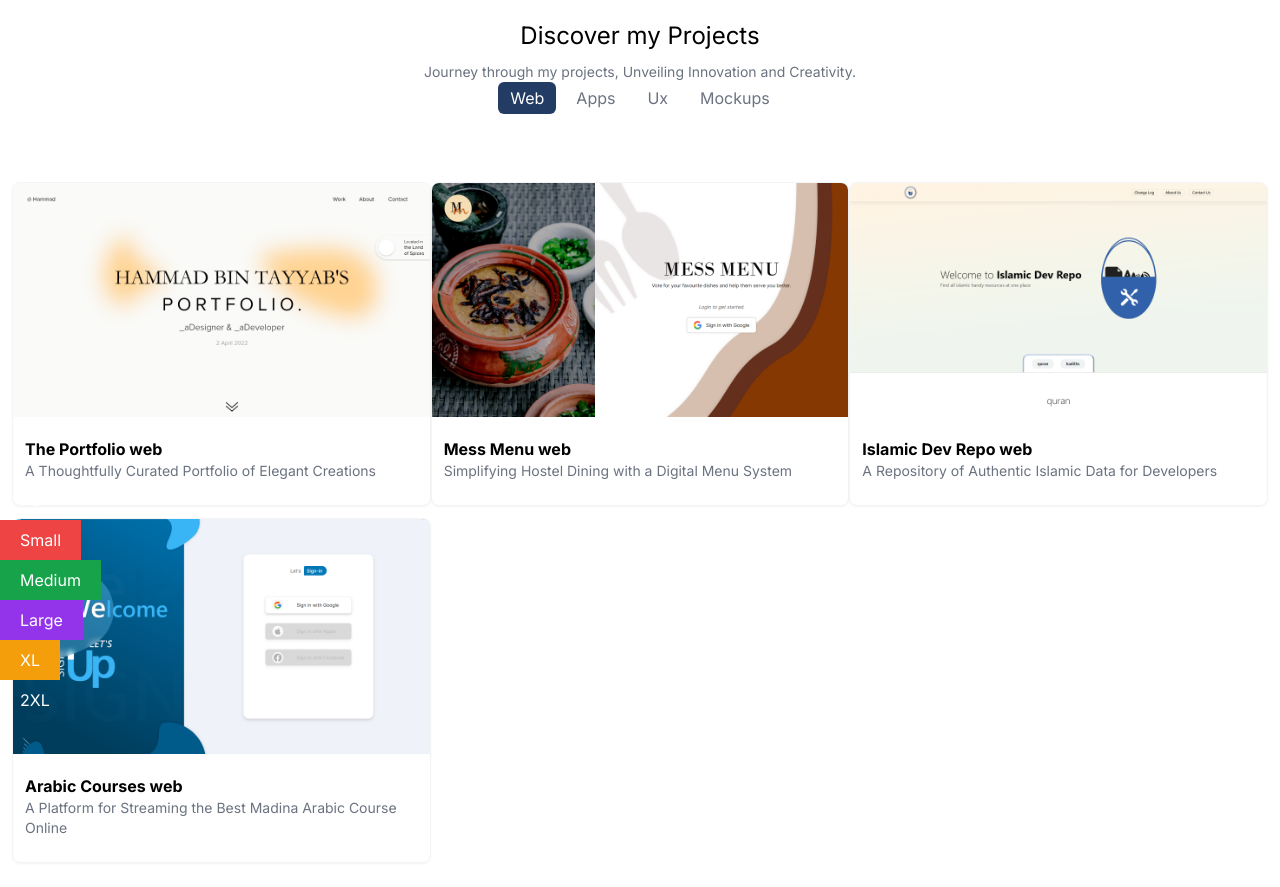
Repository: SpicierEwe/my_portfolio_v2
Page: /
The author's editor kept a copy of each file at every save. The page is drawn from the files as they stood at one save, then again after the next save.
The browser window is 1280 px wide. The pictures show the whole page.
The project was rebuilt for these pictures with package versions that can differ from the ones it lists, and the page was loaded fresh each time. The framework's server and built-in components were replaced by stand-ins that run in the browser. Also part of the build but not shown: next.config.js, core/utils/customIcons.js, core/utils/utils.tsx, core/db/sub_db_data/ux_db.js.

Above is the page before, as saved 2024-04-22 11:49:36.

### app/page.tsx
import DevicePreview from "@/Components/Device_preview/device_preview";
import HeroSection from "@/Components/Hero_section/hero_section";
import WorkSection from "@/Components/Work_section/work_section";
import Image from "next/image";

export default function Home() {
  return (
    <main>
      <div className="absolute z-30 overflow-hidden bottom-0 ">
        <DevicePreview />
      </div>
      {/* <div className="overflow-hidden">
        <HeroSection />
      </div> */}

      <WorkSection />
    </main>
  );
}

### app/globals.css
@layer base {

  @font-face {
    font-family: 'Garamond';
    src: url('../public/fonts/EBGaramond-VariableFont_wght.ttf');

  }

  @font-face {
    font-family: 'Proxima Nova';
    src: url('../public/fonts/MarkSimonsonProximaNovaRegular.otf');
    font-weight: normal;
    font-style: normal;
  }


  @font-face {
    font-family: "Rage";
    src: url("../public/fonts/rage.ttf");
  }
}

@tailwind base;
@tailwind components;
@tailwind utilities;

:root {
  --foreground-rgb: 0, 0, 0;
  --background-start-rgb: 214, 219, 220;
  --background-end-rgb: 255, 255, 255;

}

@media (prefers-color-scheme: dark) {
  :root {
    --foreground-rgb: 255, 255, 255;
    --background-start-rgb: 0, 0, 0;
    --background-end-rgb: 0, 0, 0;
  }
}

body {

  /* background: #F5F5F5; */
}

### Components/Device_preview/device_preview.tsx
"use client";

import { use, useEffect, useState } from "react";

export default function DevicePreview() {
  return (
    <main className="flex flex-col justify-end ">
      {/* xs */}
      <div className=" text-right ">
        <p className="xs:bg-brand-color w-min text-white px-5 py-2">XS</p>
      </div>
      {/* sm */}
      <div className=" text-right ">
        <p className="sm:bg-red-500 w-min text-white px-5 py-2">Small</p>
      </div>
      {/* md */}
      <div className=" text-right ">
        <p className="md:bg-green-600 w-min px-5 py-2 text-white">Medium</p>
      </div>
      {/* lg */}
      <div className=" text-right ">
        <p className="lg:bg-purple-600 w-min px-5 py-2 text-white">Large</p>
      </div>
      {/* xl */}
      <div className=" text-right ">
        <p className="xl:bg-amber-500 w-min px-5 py-2 text-white">XL</p>
      </div>
      {/* 2xl */}
      <div className=" text-right ">
        <p className="2xl:bg-cyan-600 w-min px-5 py-2 text-white">2XL</p>
      </div>
    </main>
  );
}

### Components/Work_section/work_section.tsx
"use client";

import { db } from "../../core/db/db";
import Image from "next/image";
import Link from "next/link";
import { useState } from "react";

export default function WorkSection() {
  const navItems: string[] = Object.keys(db.portfolioItems);
  const [selectedNavItemIndex, setSelectedNavItemIndex] = useState<number>(0);
  return (
    <section className="">
      {/* header */}
      <header className="flex flex-col items-center pt-5">
        <h2 className="text-center text-2xl">Discover my Projects</h2>
        <p className="text-center text-sm mt-2.5 text-gray-500">
          Journey through my projects, Unveiling Innovation and Creativity.
        </p>
      </header>
      {/* nav */}
      <nav>
        <ul className="flex justify-center mt-6 gap-2 flex-wrap">
          {navItems.map((item, index) => {
            const isSelected: Boolean = selectedNavItemIndex == index;
            return (
              <li
                className={`${
                  isSelected ? "bg-brand-color" : ""
                } px-3 py-1 rounded-md cursor-pointer`}
                onClick={() => setSelectedNavItemIndex(index)}
                key={index}
              >
                <Link
                  href="#"
                  className={`${
                    isSelected ? "text-white" : "text-gray-500"
                  } capitalize`}
                >
                  {item}
                </Link>
              </li>
            );
          })}
        </ul>
      </nav>

      <main>
        {/* projects */}
        <div className="grid grid-cols-1 sm:grid-cols-2 md:grid-cols-3 gap-4 mt-14 px-3 py-3 sm:px-14 md:px-24">
          {(db.portfolioItems as any)[navItems[selectedNavItemIndex]].map(
            (item: any, index: number) => {
              const selectedNavItemName: string =
                navItems[selectedNavItemIndex];
              const projectName: string = item["projectName"];
              const imageLink: string = item["imageLink"];
              const tagLine = item["projectTagLine"];
              return (
                <div
                  key={index}
                  className="cursor-pointer shadow-sm rounded-lg overflow-hidden mb-3 border border-gray-100 hover:bg-gray-100 hover:border-gray-300
                  transition transform duration-300 ease-in-out"
                >
                  <Image
                    className="" // Group-based scaling
                    src={imageLink}
                    alt={projectName}
                    height={200}
                    width={200}
                    layout="responsive"
                  />
                  <div className="ml-3 mb-6 mt-5">
                    <p className="font-bold">
                      {projectName} {selectedNavItemName}
                    </p>
                    <p className="text-gray-500 text-sm">{tagLine}</p>
                  </div>
                </div>
              );
            }
          )}
        </div>
      </main>
    </section>
  );
}

### core/db/db.js
import { websitesDb } from "./sub_db_data/websites_db";
import { appsDb } from "./sub_db_data/apps_db";
import { uxDb } from "./sub_db_data/ux_db";
import { mockupsDb } from "./sub_db_data/mockups_db";

export const db = {
  portfolioItems: {
    web: websitesDb,
    apps: appsDb,
    ux: uxDb,
    mockups: mockupsDb,
  },
};

### core/db/sub_db_data/websites_db.js
import { embedCustomLinks } from "../../utils/utils";

export const websitesDb = [
  {
    projectName: "The Portfolio",
    projectId: "e2f9658b-f9bb-4d2c-ac8c-113a56d9204f",
    projectTagLine: "A Thoughtfully Curated Portfolio of Elegant Creations",
    link: "https://hammadtayyab.vercel.app/",
    imageLink: "/images/websites/my_portfolio.png",
    info: "This portfolio project showcases a minimalist design, highlighting my work and skills with clarity and finesse. The aim was to provide a seamless user experience and intuitive navigation, creating a comprehensive and sophisticated display of my professional journey.",
    roles: [
      "Data Analyst",
      "Designer",
      "Developer",
      "Maintainer",
      "Product Manager",
      "Tester/Quality Assurance",
      "Researcher",
      "DevOps Engineer",
      "Technical Writer",
      "Project Manager",
    ],
    techStack: [
      "NextJs",
      "React",
      "TypeScript",
      "TailwindCSS",
      "HTML",
      "CSS",
      "JavaScript",
      "Git",
      "Vercel",
    ],
  },
  {
    projectId: "566ec8d6-4d5d-4f22-9580-2c574f7122fb",
    projectName: "Mess Menu",
    projectTagLine: "Simplifying Hostel Dining with a Digital Menu System",
    link: "https://messmenu.vercel.app/",
    imageLink: "/images/websites/mess_menu.png",
    info: "This project streamlines the process of hostel dining by offering a digital menu system for students. Monthly menus are curated through community voting, allowing students to have a say in their dining options. Originating from a friend's final year project, the focus was on user-centric design and functionality, ensuring a seamless experience for all users.",
    roles: [
      "Data Analyst",
      "Designer",
      "Developer",
      "Maintainer",
      "Product Manager",
      "Tester/Quality Assurance",
      "Researcher",
      "DevOps Engineer",
      "Technical Writer",
      "Project Manager",
    ],
    techStack: [
      "NextJs",
      "React",
      "HTML",
      "CSS",
      "JavaScript",
      "Git",
      "Vercel",
      "Firebase",
      "Firebase Auth",
    ],
  },
  {
    projectId: "e3a52953-0a4d-43c3-b874-bd55925f6a7e",
    projectName: "Islamic Dev Repo",
    projectTagLine: "A Repository of Authentic Islamic Data for Developers",
    link: "https://islamic-dev-repo.vercel.app/",
    imageLink: "/images/websites/islamic_dev_repo.png",
    info: "This project offers developers a curated repository of reliable Islamic data that can be seamlessly integrated into various applications. With a focus on authenticity and compatibility across multiple devices, this repository provides a trustworthy source of information for developers working on Islamic-related projects.",
    roles: [
      "Data Analyst",
      "Designer",
      "Developer",
      "Maintainer",
      "Product Manager",
      "Tester/Quality Assurance",
      "Researcher",
      "DevOps Engineer",
      "Technical Writer",
      "Project Manager",
    ],
    techStack: [
      "NextJs",
      "React",
      "HTML",
      "CSS",
      "JavaScript",
      "Git",
      "Vercel",
      "Python",
    ],
  },
  {
    projectId: "87693335-b9d6-434c-8428-5d8266482050",
    projectName: "Arabic Courses",
    projectTagLine:
      "A Platform for Streaming the Best Madina Arabic Course Online",
    link: "https://arabiccourses.vercel.app/",
    imageLink: "/images/websites/arabic_courses.png",
    info: `The goal of this project was to establish an online platform for the popular Madina Arabic course, allowing users to stream videos from the cloud and track their progress. Initially, the videos were only available for download, but this platform offers a more convenient streaming experience. You can learn more about the course at ${embedCustomLinks(
      {
        link: "https://abdurrahman.org/arabic-learning/dvds/",
        title: "AbdurRahman.Org",
      }
    )}. Arabic Courses enhances accessibility and convenience for users, making the learning process smoother and more enjoyable.`,
    roles: [
      "Data Analyst",
      "Designer",
      "Developer",
      "Maintainer",
      "Product Manager",
      "Tester/Quality Assurance",
      "Researcher",
      "DevOps Engineer",
      "Technical Writer",
      "Project Manager",
    ],
    techStack: [
      "NextJs",
      "React",
      "HTML",
      "CSS",
      "JavaScript",
      "Git",
      "Vercel",
      "Firebase",
      "Firebase Auth",
    ],
  },
];

### core/db/sub_db_data/apps_db.js
import { embedCustomLinks } from "../../utils/utils";

export const appsDb = [
  {
    projectId: "38384ae3-5586-40be-b025-c9c3ad1094ef",
    projectName: "al Qur'an",
    projectTagLine: "All about the Qur'an in one app.",

    link: "https://play.google.com/store/apps/details?id=com.spicierewe.al_quran",

    imageLink: "/images/apps/al_quran.png",

    info: `The "al Qur'an" app offers a comprehensive experience of the Qur'an for users around the world. It includes a wide range of translations in various languages, tafseer (exegesis), access to over 49 reciters and translators, and much more. All data is sourced from the reliable platform ${embedCustomLinks(
      { link: "https://quran.com", title: "quran.com" }
    )}.`,

    roles: [
      "Data Analyst",
      "Designer",
      "Developer",
      "Maintainer",
      "Product Manager",
      "Tester/Quality Assurance",
      "Researcher",
      "DevOps Engineer",
      "Technical Writer",
      "Project Manager",
    ],

    techStack: ["Flutter", "Dart", "Git", "Adobe XD"],

    platforms: ["Android"],
  },
  {
    projectId: "1eeb435f-acbd-41e8-b826-440959bb6a57",
    projectName: "Riddle Me",
    projectTagLine: "Riddle Me: Unraveling Minds, One Clue at a Time!",

    link: "https://play.google.com/store/apps/details?id=com.spicierewe.RiddleMe",

    imageLink: "/images/apps/riddle_me.png",

    info: "Riddle Me is an engaging and challenging game designed to test your intelligence and problem-solving skills. This game stimulates creative thinking and encourages you to approach problems from different perspectives.",

    roles: [
      "Data Analyst",
      "Designer",
      "Developer",
      "Maintainer",
      "Product Manager",
      "Tester/Quality Assurance",
      "Researcher",
      "DevOps Engineer",
      "Technical Writer",
      "Project Manager",
    ],

    techStack: ["Flutter", "Dart", "Git", "Adobe XD"],

    platforms: ["Android"],
  },
  {
    projectId: "2ae7005c-16e2-4fe5-b7b0-20f5f826321e",
    projectName: "Food Deals",
    projectTagLine: "Find the best food deals at your fingertips.",

    link: "https://play.google.com/store/apps/details?id=com.spicierewe.food_deals",

    imageLink: "/images/apps/food_deals.png",

    info: "Food Deals is an app that helps users discover the best offers and discounts on their favorite food delivery services. Save money and enjoy your favorite meals by comparing prices across different platforms.",

    roles: [
      "Data Analyst",
      "Designer",
      "Developer",
      "Maintainer",
      "Product Manager",
      "Tester/Quality Assurance",
      "Researcher",
      "DevOps Engineer",
      "Technical Writer",
      "Project Manager",
    ],

    techStack: ["Flutter", "Dart", "Git", "Adobe XD"],

    platforms: ["Android"],
  },
  {
    projectId: "627de94f-59b4-4f85-bcf4-df6fbf22714e",
    projectName: "Hadith Collection",
    projectTagLine: "Access authentic hadiths of the Prophet Muhammad (pbuh).",

    link: "https://play.google.com/store/apps/details?id=com.spicierewe.ahadith_collection",

    imageLink: "/images/apps/ahadith_collection.png",

    info: `The "Hadith Collection" app provides a comprehensive and authentic collection of hadiths of the Prophet Muhammad (pbuh). It includes data from various reputable sources such as ${embedCustomLinks(
      { link: "https://sunnah.com", title: "sunnah.com" }
    )} for Arabic and English, and ${embedCustomLinks({
      link: "https://github.com/pakjiddat/islam-companion-web-api",
      title: "islam-companion-web-api",
    })} for Urdu data.`,

    roles: [
      "Data Analyst",
      "Designer",
      "Developer",
      "Maintainer",
      "Product Manager",
      "Tester/Quality Assurance",
      "Researcher",
      "DevOps Engineer",
      "Technical Writer",
      "Project Manager",
    ],

    techStack: ["Flutter", "Dart", "Git", "Adobe XD"],

    platforms: ["Android"],
  },
  {
    projectId: "7468bdef-5b24-454e-ae99-dd0a558441d7",
    projectName: "Study Practice",
    projectTagLine: "Practice makes perfect.",

    link: "https://play.google.com/store/apps/details?id=com.spicierewe.study_practice",

    imageLink: "/images/apps/study_practice.png",

    info: "Study Practice is a study companion app designed to help students prepare for competitive exams such as NEET and JEE. The app offers past exam questions, mock tests, and real-time progress tracking along with official study material.",

    roles: [
      "Data Analyst",
      "Designer",
      "Developer",
      "Maintainer",
      "Product Manager",
      "Tester/Quality Assurance",
      "Researcher",
      "DevOps Engineer",
      "Technical Writer",
      "Project Manager",
    ],

    techStack: ["Flutter", "Dart", "Git", "Adobe XD"],

    platforms: ["Android"],
  },
];

### core/db/sub_db_data/mockups_db.js
export const mockupsDb = [
  {
    phone_mockup_links: [],
    other_mockup_links: [
      "/images/mockups/eat_healthy_mockup.svg",
      "/images/mockups/bot_mockup_theme_light.svg",
      "/images/mockups/bot_mockup_theme_dark.svg",
      "/images/mockups/the_perfume_lab_price_list.png",
      "/images/mockups/noraty_business_hero_section.svg",
      "/images/mockups/gr_showcase.png",
      "/images/mockups/just_moved_showcase.png",
      "/images/mockups/archer_product_design.png",
      "/images/mockups/the_connection_poster.png",
      "/images/mockups/social_flow_flyer.png",
      "/images/mockups/LVD_roll_up_banner.png",
      "/images/mockups/ATS_flyer.png",
    ],
  },
];

### tailwind.config.js
const { reverse } = require("dns");
const defaultTheme = require("tailwindcss/defaultTheme");

/** @type {import('tailwindcss').Config} */
module.exports = {
  content: [
    "./pages/**/*.{js,ts,jsx,tsx,mdx}",
    "./components/**/*.{js,ts,jsx,tsx,mdx}",
    "./app/**/*.{js,ts,jsx,tsx,mdx}",
    "./core/**/*.{js,ts,jsx,tsx,mdx}",
  ],
  theme: {
    extend: {
      screens: { xs: { max: "640px" } },

      maxWidth: {
        "120rem": "120rem",
      },

      backgroundImage: {
        "gradient-radial": "radial-gradient(var(--tw-gradient-stops))",
        "gradient-conic":
          "conic-gradient(from 180deg at 50% 50%, var(--tw-gradient-stops))",
      },

      colors: {
        "brand-color": "#223c63",
        "primary-color": "#ffffff",
        "secondary-color": "#00A699",
        "accent-color": "#779ace",
      },

      keyframes: {
        wiggle: {
          "0%, 100%": { transform: "rotate(-3deg)" },
          "50%": { transform: "rotate(3deg)" },
        },

        levitate: {
          "0%": { transform: "translateY(50px)" },
          "50%": { transform: "translateY(-30px)  scale(1.1)" },
          "100%": { transform: "translateY(50px)" },
        },
        levitate_reverse: {
          "0%": { transform: "translateY(-90px)" },
          "50%": { transform: "translateY(30px)  scale(1.1)" },
          "100%": { transform: "translateY(-90px)" },
        },
      },

      animation: {
        "spin-slow": "spin 3s linear infinite",
        wiggle: "wiggle 1s ease-in-out infinite",
        levitate: "levitate 5s ease-in-out infinite",
        levitate_reverse: "levitate_reverse 5s ease-in-out infinite reverse",
      },

      fontFamily: {
        garmond: ["Garmond", ...defaultTheme.fontFamily.serif],
        custom_sans: ["Proxima Nova", ...defaultTheme.fontFamily.sans],
      },

      height: {
        dvh: "100dvh",
      },
    },
  },

  variants: {
    backgroundColor: ["responsive", "hover", "focus", "active"],
  },

  plugins: [],
};

Loaded but not shown: app/layout.tsx (common file)

After the next save:
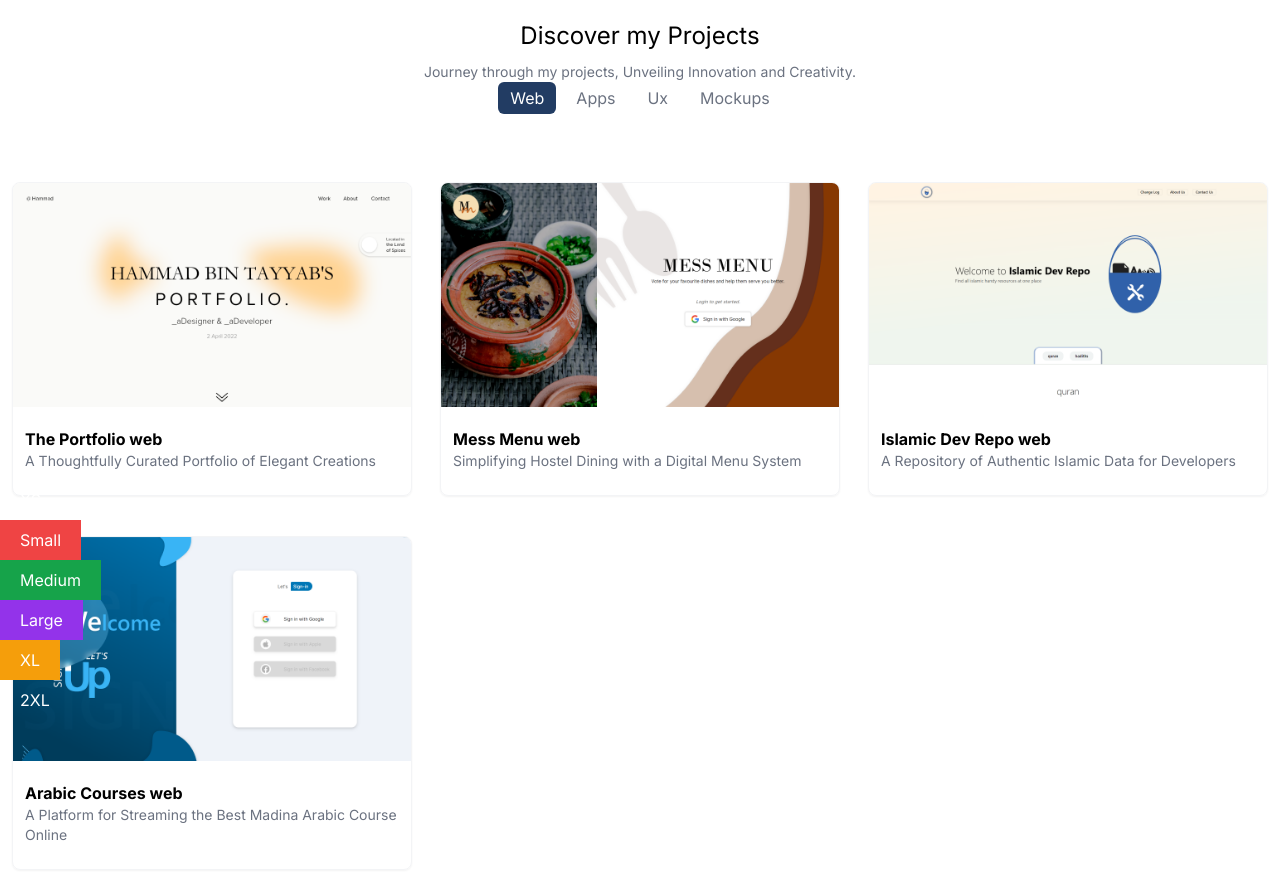
Saved 29 s later.
--- a/Components/Work_section/work_section.tsx
+++ b/Components/Work_section/work_section.tsx
@@ -46,7 +46,7 @@ export default function WorkSection() {
 
       <main>
         {/* projects */}
-        <div className="grid grid-cols-1 sm:grid-cols-2 md:grid-cols-3 gap-4 mt-14 px-3 py-3 sm:px-14 md:px-24">
+        <div className="grid grid-cols-1 sm:grid-cols-2 md:grid-cols-3 gap-7 mt-14 px-3 py-3 sm:px-14 md:px-24">
           {(db.portfolioItems as any)[navItems[selectedNavItemIndex]].map(
             (item: any, index: number) => {
               const selectedNavItemName: string =
